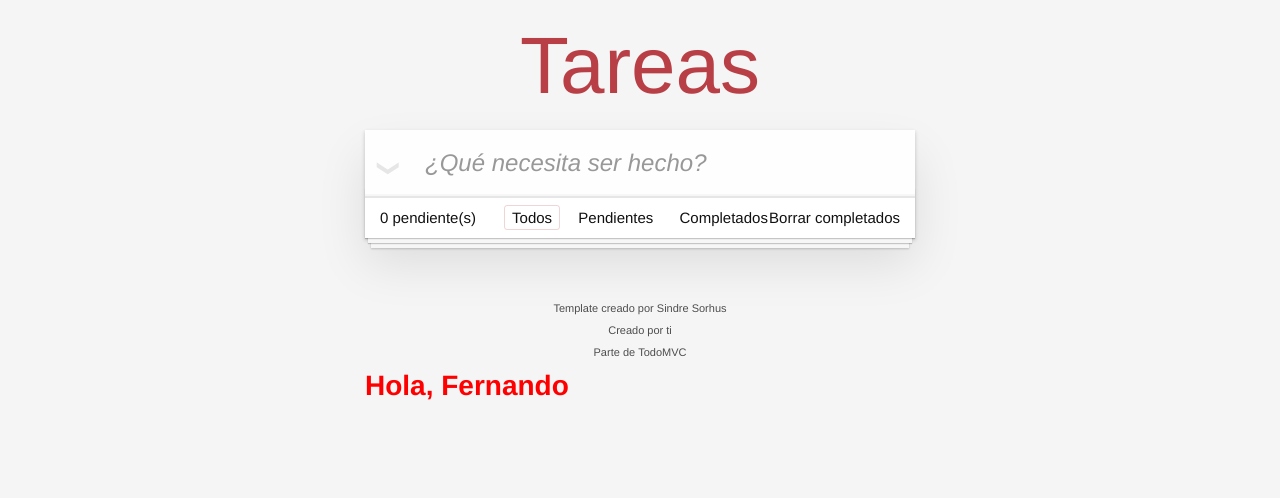
Repository: cgpera/todo-javascript
Page: /
The author's editor kept a copy of each file at every save. The page is drawn from the files as they stood at one save, then again after the next save.
The browser window is 1280 px wide. The pictures show the whole page.
The project was rebuilt for these pictures with package versions that can differ from the ones it lists, and the page was loaded fresh each time. Also part of the build but not shown: webpack.config.js.

Above is the page before, as saved 2021-03-10 12:26:24.

After the next save:
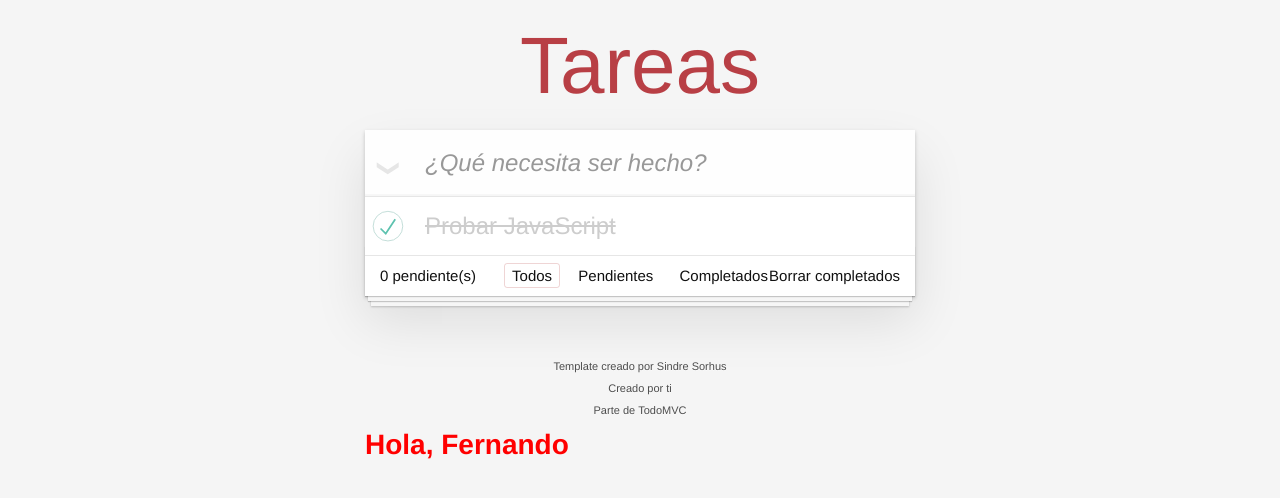
Saved 3 h 40 min later.
--- a/src/index.html
+++ b/src/index.html
@@ -20,14 +20,14 @@
             <ul class="todo-list">
                 <!-- These are here just to show the structure of the list items -->
                 <!-- List items should get the class `editing` when editing and `completed` when marked as completed -->
-                <!-- <li class="completed" data-id="abc">
-						<div class="view">
-							<input class="toggle" type="checkbox" checked>
-							<label>Probar JavaScript</label>
-							<button class="destroy"></button>
-						</div>
-						<input class="edit" value="Create a TodoMVC template">
-					</li> -->
+                <li class="completed" data-id="abc">
+                    <div class="view">
+                        <input class="toggle" type="checkbox" checked>
+                        <label>Probar JavaScript</label>
+                        <button class="destroy"></button>
+                    </div>
+                    <input class="edit" value="Create a TodoMVC template">
+                </li>
                 <!-- <li>
 						<div class="view">
 							<input class="toggle" type="checkbox">
